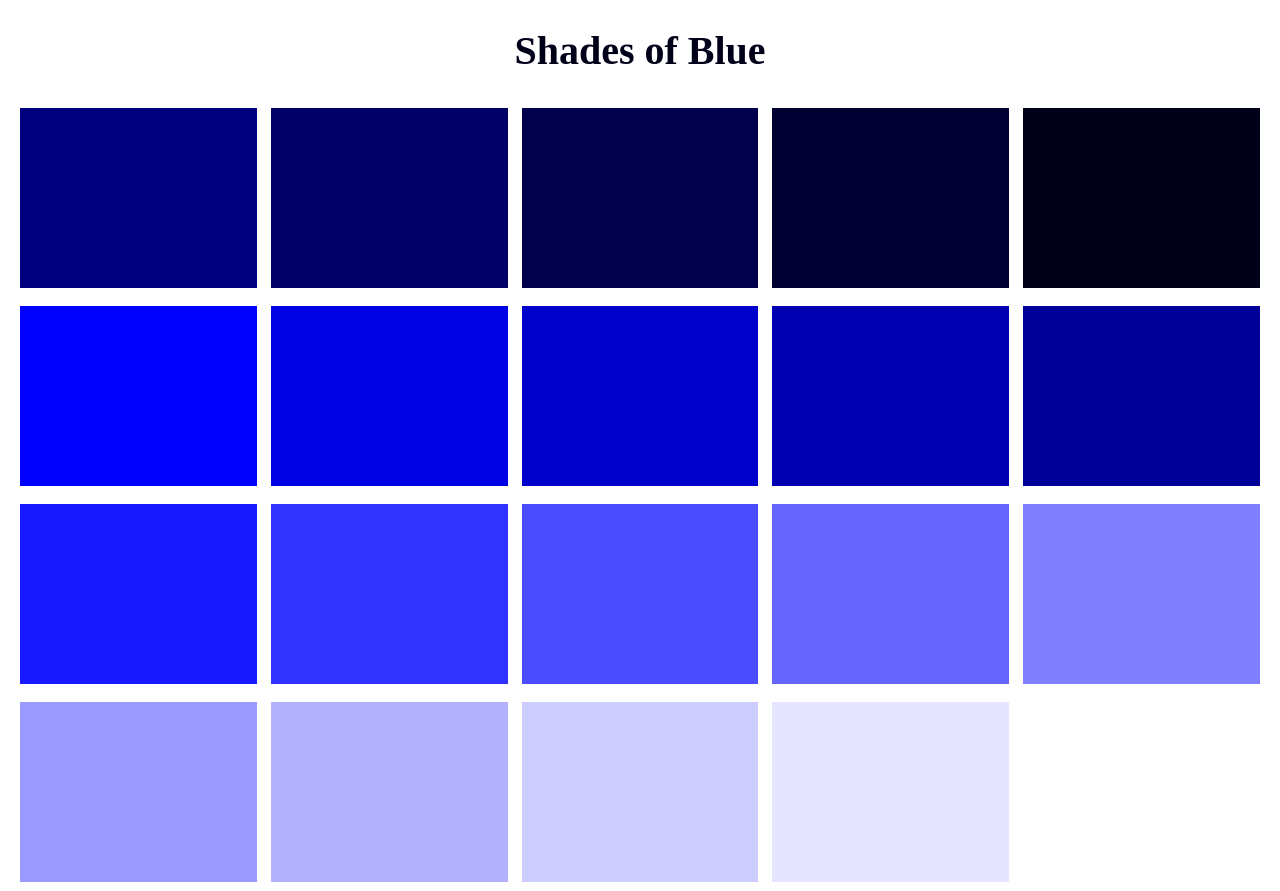
Repository: johnmutina/shades_of_blue
Page: /
An editor plug-in stored every save of this project. The page is shown before and after the next save, followed by the edit.
The browser window is 1280 px wide. The pictures show the whole page.
The project was rebuilt for these pictures with package versions that can differ from the ones it lists, and the page was loaded fresh each time.

Above is the page before, as saved 2019-06-22 15:18:17.

### src/App.js
import React from 'react';
import ColorBoxes from './ColorBoxes';
import './App.css';

function App() {
  return (
    <div className="App">
      <ColorBoxes />
    </div>
  );
}

export default App;

### src/ColorBoxes.js
import React, { Component } from 'react';
import ColorBox from './ColorBox';
import './ColorBoxes.css';

class ColorBoxes extends Component {
    constructor(props){
        super(props);
        this.state = {

        }
        this.handleClick = this.handleClick.bind(this);
    }

    handleClick() {
        console.log("test");
    }

    render(){
        let colorArr = ["#00007f", "#000066", "#00004c", "#000033", "#000019", "#0000ff", "#0000e5", "#0000cc", "#0000b2", "#000099", "#1919ff", "#3232ff", "#4c4cff", "#6666ff", "#7f7fff", "#9999ff", "#b2b2ff", "#ccccff", "#e5e5ff", "#ffffff"];
        return (
            <div>
                <h1 className="ColorBoxes-title">Shades of Blue</h1>
                {colorArr.map(el => <ColorBox color={el} allColors={colorArr}/>)}
            </div>
        )
    }
}

export default ColorBoxes;

### src/ColorBox.js
import React, { Component } from 'react';
import './ColorBox.css';

class ColorBox extends Component {
    constructor(props){
        super(props);
        this.state = {
            color: this.props.color
        }
        this.handleClick = this.handleClick.bind(this);
        this.changeColor = this.changeColor.bind(this);
    }

    changeColor() {
        let newColors = this.props.allColors.filter(val => val !== this.props.color)
        let idx = Math.floor(Math.random() * newColors.length);
        this.setState({ color: newColors[idx] });
    }

    handleClick() {
        this.changeColor();
    }

    render(){
        return (
            <div className="ColorBox" style={{backgroundColor: this.state.color}} onClick={this.handleClick}></div>
        )
    }
}

export default ColorBox;

### src/ColorBoxes.css
.ColorBoxes-title {
    font-family: fantasy;
    font-size: 40px;
    color: #000019;
}

### src/ColorBox.css
.ColorBox {
    display: inline-block;
    color: white;
    width: 18.5%;
    height: 180px;
    /* padding-top: 80px; */
    border: 7px solid white;
}

Loaded but not shown: public/index.html (common file); src/index.js (common file); src/index.css (common file); src/serviceWorker.js (common file); src/App.css (common file)

After the next save:
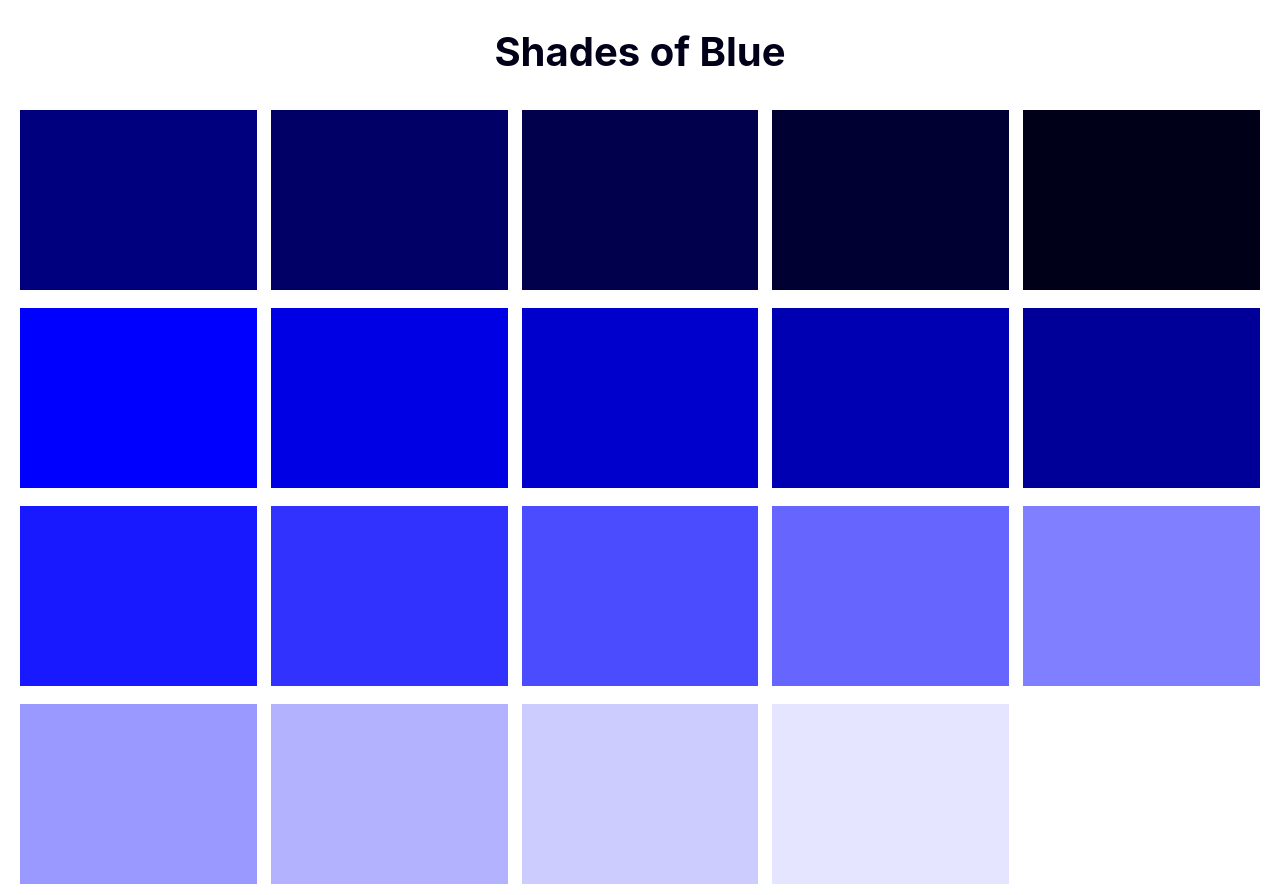
Saved 9 s later.
--- a/src/ColorBoxes.css
+++ b/src/ColorBoxes.css
@@ -1,5 +1,5 @@
 .ColorBoxes-title {
-    font-family: fantasy;
+    font-family: -apple-system, BlinkMacSystemFont, 'Segoe UI', Roboto, Oxygen, Ubuntu, Cantarell, 'Open Sans', 'Helvetica Neue', sans-serif;
     font-size: 40px;
     color: #000019;
 }
